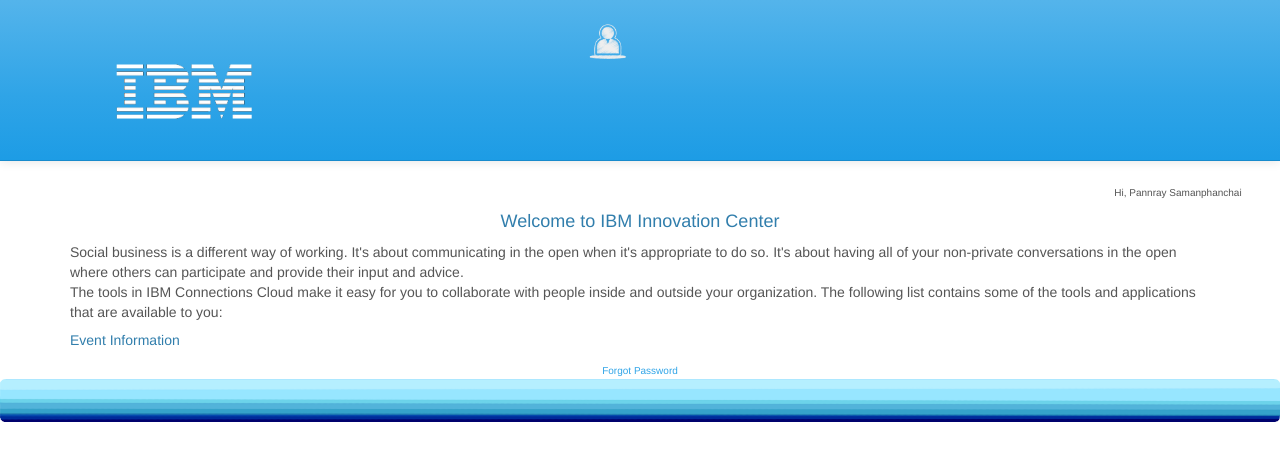
Repository: InnovationCenterOrg/InnovationCustomer
Page: http://localhost/InnovationCustomer/view/test.jsp
The author's editor kept a copy of each file at every save. The page is drawn from the files as they stood at one save, then again after the next save.
The browser window is 1280 px wide. The pictures show the whole page.
Some web libraries are served in a nearby version. The page is served by Tomcat 9. Other server files are loaded and not shown.

Above is the page before, as saved 2016-03-03 04:26:06.

### InnovationCustomer/WebContent/view/test.jsp
<!DOCTYPE HTML>
<%@page language="java"
	contentType="text/html; charset=UTF-8" pageEncoding="UTF-8"%>
<html>
<head>
<meta name="viewport" content="width=device-width, initial-scale=1">
<%@page import="java.text.SimpleDateFormat"%>
<%@page import="com.ibm.innovationcustomer.model.EventModel"%>
<%@page import="com.ibm.innovationcustomer.model.RegisterEventModel"%>
<!-- Bootstrap -->
<link href="${pageContext.request.contextPath}/css/default.css" rel="stylesheet">
<link href="${pageContext.request.contextPath}/css/bootstrap.css" rel="stylesheet">
<link href="${pageContext.request.contextPath}/css/bootstrap.min.css" rel="stylesheet">

<title>IBM Innovation Center</title>
</head>

<body>
	<div class="navbar navbar-static-top">
   		<div class="container">
   			<div align="left">
   			<a href="ViewProfileInitAction">
				<img style="margin-top: 2%;" align="left" class="img-responsive" src="logo-ibm-white.png" width="20%" height="20%"/>
			</a>
			</div>
			<div align="right" style="width: 50%">
			  	<a class="btn dropdown-toggle" data-toggle="dropdown" href="#">
			    	<img style="margin-top: 5%" align="right" class="img-responsive" src="profile_icon_3.ico" width="15%" height="15%"/>
			 	 </a>
			  	<ul class="dropdown-menu  pull-right" role="menu">
			    	<li style="background-color: #75c3f0"><a tabindex="-1" href="ViewProfileInitAction">Profile Setting</a></li>
			    	<li style="background-color: #75c3f0"><a tabindex="-1" href="ChangePasswordInitAction">Change Password</a></li>
				  	<li style="background-color: #75c3f0"><a tabindex="-1" href="LogoutAction">Logout</a></li>
			  	</ul>
			</div>
		</div>
	</div>


				<!--
				<a class="dropdown" href="#"><img align="right" class="img-responsive" src="images/profile_icon_3.ico" width="8%" height="8%"/></a>
				<ul class="dropdown-menu">
				<li>TEST1</li>
				<li>TEST2</li>
				</ul>
				 -->
				<!--
				<ul class="nav navbar-nav">
				<li class="dropdown">
					<a href="#" class="dropdown-toggle" data-toggle="dropdown" role="button" aria-expanded="true">Report
					<span class="caret"></span>
					</a>
						<ul class="dropdown-menu" role="menu">
							<li><a href="./DashboardMainAction">Dashboard</a></li>
							<li><a href="./ReportMainAction">Report</a></li>
					</ul></li></ul> -->
	<div align="right" style="padding-right: 3%;">
		<font style="font-size: x-small;">Hi, Pannray Samanphanchai</font>
	</div>
	<div class="container">
	<h4 align="center">Welcome to IBM Innovation Center</h4>
	Social business is a different way of working. It's about communicating in the open when it's appropriate to do so. It's about having all of your non-private conversations in the open where others can participate and provide their input and advice.
	<br>
	The tools in IBM Connections Cloud make it easy for you to collaborate with people inside and outside your organization. The following list contains some of the tools and applications that are available to you:
	<h5>Event Information</h5>
	<div align="center">
		<font style="font-size: x-small;">

			<a class="test" data-placement="bottom" href="#" data-toggle="tooltip" title="Hooray!" >Forgot Password</a><br>

		</font>
	</div>

	<span class="tooltip" onmouseover="tooltip.pop(this, 'Lorem ipsum dolor...mauris')">
	    Basic
	</span>
		<!-- jQuery (necessary for Bootstrap's JavaScript plugins) -->
		<script	src="https://ajax.googleapis.com/ajax/libs/jquery/1.11.2/jquery.min.js"></script>
		<!-- Include all compiled plugins (below), or include individual files as needed -->
		<script src="${pageContext.request.contextPath}/js/bootstrap.min.js"></script>
		<script>
		$(document).ready(function(){
		    $('[data-toggle="tooltip"]').tooltip();
		});
		</script>
	</div>

	<img class="img-responsive" src="images/footer.png" width="100%">
</body>
</html>


</html>

### InnovationCustomer/WebContent/css/default.css
.btn-ibsd{
	background-color: #ffe166;
}

Loaded but not shown: InnovationCustomer/WebContent/css/bootstrap.css (library); InnovationCustomer/WebContent/css/bootstrap.min.css (library); InnovationCustomer/WebContent/js/bootstrap.min.js (library)

After the next save:
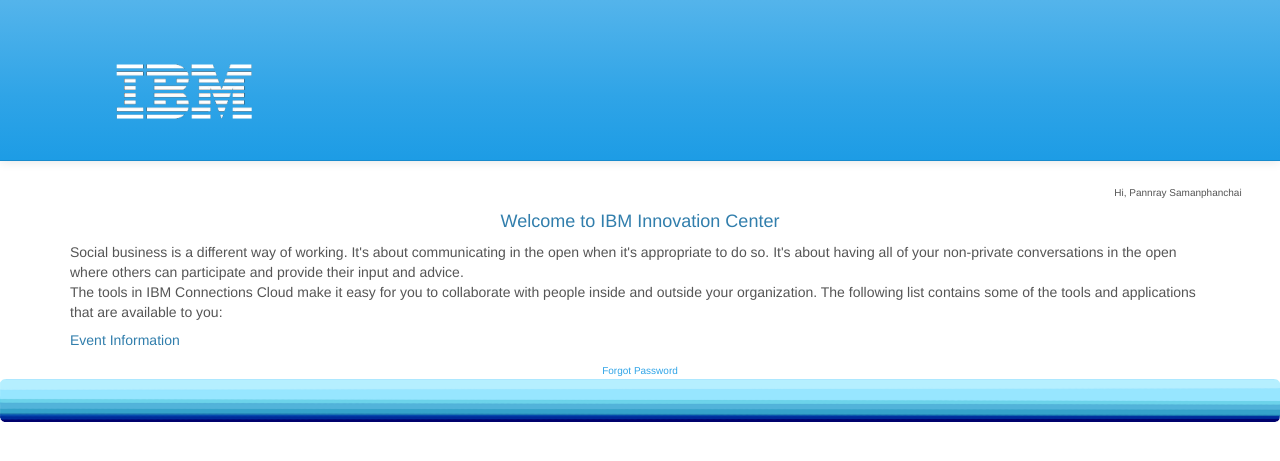
Saved 38 s later.
--- a/InnovationCustomer/WebContent/view/test.jsp
+++ b/InnovationCustomer/WebContent/view/test.jsp
@@ -23,7 +23,7 @@
 				<img style="margin-top: 2%;" align="left" class="img-responsive" src="logo-ibm-white.png" width="20%" height="20%"/>
 			</a>
 			</div>
-			<div align="right" style="width: 50%">
+			<div align="right" style="width: 50%; padding-left: 90%">
 			  	<a class="btn dropdown-toggle" data-toggle="dropdown" href="#">
 			    	<img style="margin-top: 5%" align="right" class="img-responsive" src="profile_icon_3.ico" width="15%" height="15%"/>
 			 	 </a>
